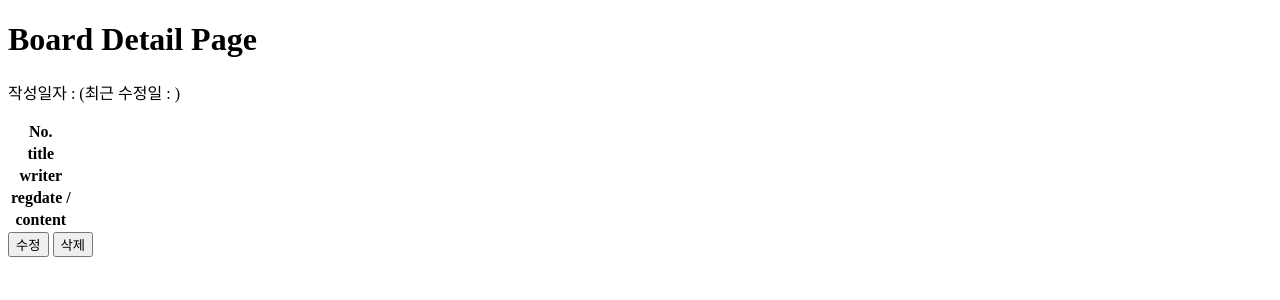
Repository: Umc404/jsp
Page: http://localhost/jsp_study/board/detail.jsp
These files come from the project's save history. The page is drawn as it stood at one moment and after the next save; the edit follows.
The browser window is 1280 px wide. The pictures show the whole page.
The page is served by Tomcat 9. The template is opened directly, without the code that normally fills it, so the values that code supplies are empty.

Above is the page before, as saved 2024-10-23 00:50:56.

After the next save:
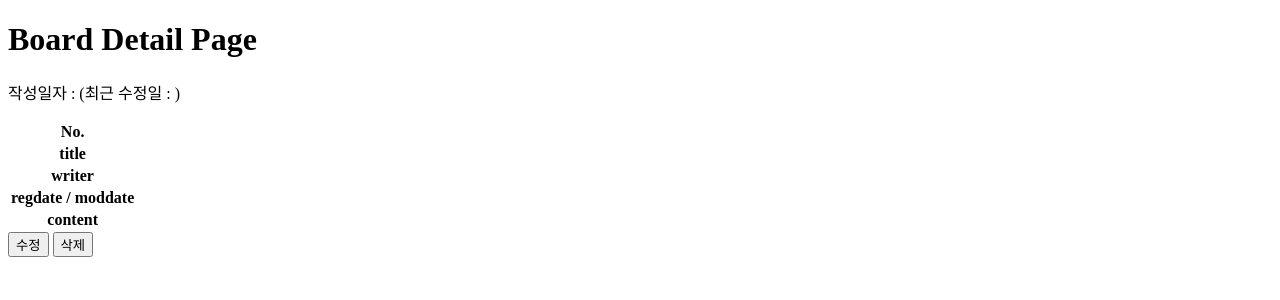
Saved 11 s later.
--- a/jsp_study/src/main/webapp/board/detail.jsp
+++ b/jsp_study/src/main/webapp/board/detail.jsp
@@ -22,7 +22,7 @@
 		<p>${bvo.writer }</p>
 	</tr>
 	<tr>
-		<th>regdate / </th>
+		<th>regdate / moddate</th>
 		<p>작성일자 : ${bvo.regdate }(최근 수정일 : ${bvo.moddate })</p>
 	</tr>
 	<tr>
